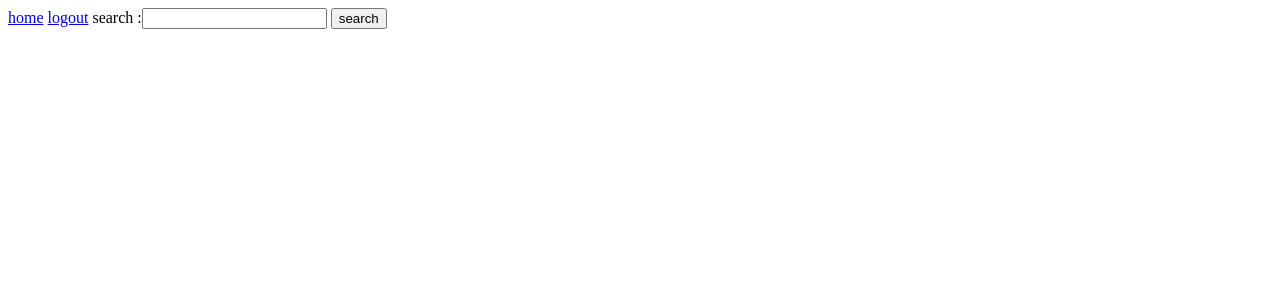
Repository: ashwinibd6697/ust-19sep-ashwinibd
Page: ust-java/empwebapp/WebContent/search.html
The author's editor kept a copy of each file at every save. The page is drawn from the files as they stood at one save, then again after the next save.
The browser window is 1280 px wide. The pictures show the whole page.

Above is the page before, as saved 2019-11-15 08:33:08.

### ust-java/empwebapp/WebContent/search.html
<!DOCTYPE html>
<html>
<head>
<meta charset="ISO-8859-1">
<title>Insert title here</title>
</head>
<body>
<form action="">
   <a href ="home.html">home</a>
   <a href ="login.html" style:"text-align=right"> logout</a>
   search :<input name ="id" type="text">
    <input type ="submit" value ="search">
    </form>
</body>
</html>

After the next save:
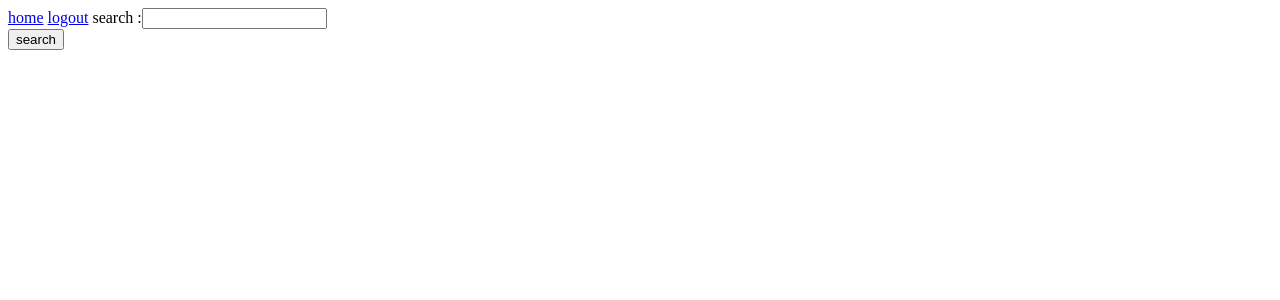
Saved 63 s later.
--- a/ust-java/empwebapp/WebContent/search.html
+++ b/ust-java/empwebapp/WebContent/search.html
@@ -8,7 +8,7 @@
 <form action="">
    <a href ="home.html">home</a>
    <a href ="login.html" style:"text-align=right"> logout</a>
-   search :<input name ="id" type="text">
+   search :<input name ="id" type="text"><br>
     <input type ="submit" value ="search">
     </form>
 </body>
